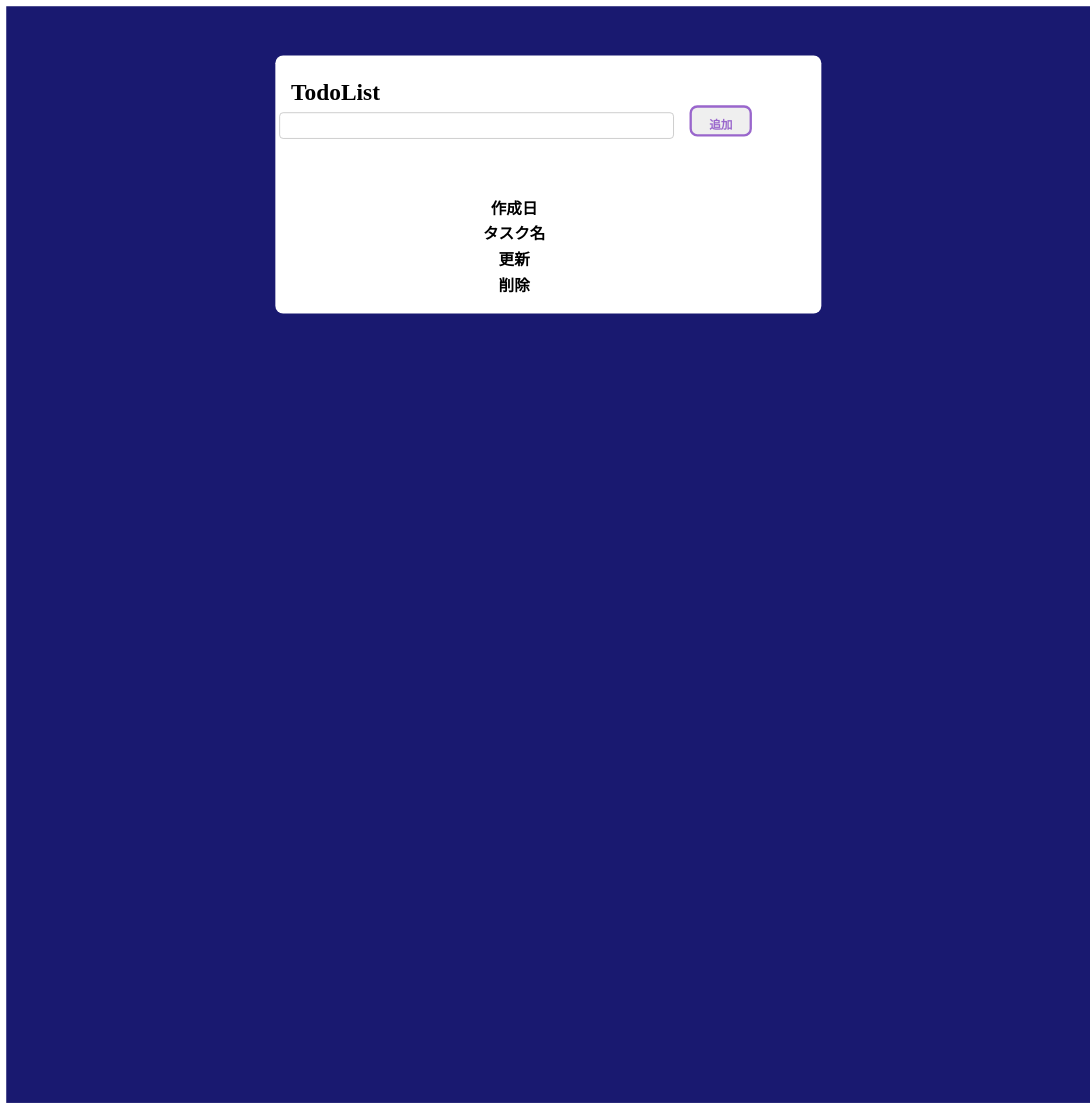
Repository: moro-ayu3/20230304_morohoshi
Page: http://localhost/
The author's editor kept a copy of each file at every save. The page is drawn from the files as they stood at one save, then again after the next save.
The browser window is 1280 px wide. The page is 1398 px wide, so the pictures cover 1398 px, including what lies to the right of the window. The pictures show the whole page, at 78% of full size.
The page is served by the project's Laravel application, run on PHP 8.4 with Laravel 8. Other server files are loaded and not shown. Queries for data that is not in the repository find no rows.

Above is the page before, as saved 2023-03-11 12:51:50.

### routes/web.php
<?php

use Illuminate\Support\Facades\Route;
use App\Http\Controllers\TodoController;

Route::get('/', [TodoController::class, 'index']);

Route::post('/todo/create', [TodoController::class, 'store']);

Route::post('/todo/update', [TodoController::class, 'update']);

Route::post('/todo/delete', [TodoController::class, 'delete']);

### app/Http/Controllers/TodoController.php
<?php
  namespace App\Http\Controllers;
  use Illuminate\Http\Request;
  use App\Models\Todo;
  use App\Http\Requests\TodoRequest;
  class TodoController extends Controller
  {
    public function index()
     {
        $todos= Todo::all();
        return view('index',['todos'=>$todos]);
  }

    public function store(TodoRequest $request)
     {
        $todo = new Todo;
        $todo->name =$request->input('new_todo');
        $form=$request->all();
        Todo::create($form);
        unset($form['_token']);
        return redirect('/');
    }

    public function update(TodoRequest $request)
     {
       $form = $request->all();
       unset($form['_token']);
       Todo::where('id', $request->id)->update($form);
       return redirect('/');
    }

    public function delete(Request $request)
     {
       Todo::find($request->id)->delete();
       return redirect('/');
    }

  }

### app/Models/Todo.php
<?php

namespace App\Models;

use Illuminate\Database\Eloquent\Factories\HasFactory;
use Illuminate\Database\Eloquent\Model;

class Todo extends Model
{
    use HasFactory;

    protected $fillable = ['content'];
}

### resources/views/index.blade.php
<!DOCTYPE html>
<html lang="ja">

<head>
  <meta charset="UTF-8">
  <meta name="viewport" content="width=device-width, initial-scale=1.0">
  <title>実践アプリ開発入門</title>
  <style>
    .homepage {
      width: 100%;
      height: 100vw;
      padding: 5% 5%;
      background-color: #191970;
    }

    .container {
      display: flex;
      justify-content: center;
      align-items: center;
    }

    .inner {
      width: 700px;
      height: auto;
      border-radius: 10px 10px 10px 10px;
      background-color: #fff;
      margin: 0 auto;
    }

    .header-title {
      font-size: 30px;
      font-weight: bold;
      color: black;
      margin-top: 30px;
      margin-left: 20px;
    }

    .form {
      display: inline-block;
      margin: -20px -15px;
    }

    .text {
      width: 500px;
      height: 30px;
      border: solid 1px #c0c0c0;
      margin-left: 20px;
      border-radius: 5px 5px 5px 5px;
      display: inline-block;
    }

    .create-btn {
      width: 80px;
      height: 40px;
      margin-left: 20px;
      margin-right: 20px;
      border-radius: 10px 10px 10px 10px;
      border: solid 3px #9966CC;
      display: inline-block;
      font-size: 15px;
      font-weight: bold;
      color: #9966CC;
      padding:10px 20px 10px 20px;
    }

    table {
      display: flex;
      justify-content: center;
      align-items: center;
      margin-top: 30px;
      margin-bottom: 40px;
    }

    .date-1 {
      margin-left: 50px;
      font-size: 20px;
      font-weight: bold;
      color: black;
    }

    .name {
      margin-left: 80px;
      font-size: 20px;
      font-weight: bold;
      color: black;
    }

    .update {
      margin-left: 40px;
      font-size: 20px;
      font-weight: bold;
      color: black;
    }

    .delete {
      margin-left: 20px;
      margin-right: 20px;
      font-size: 20px;
      font-weight: bold;
      color: black;
    }

    .parent {
      display: flex;
      justify-content: center;
      align-items: center;
    }

    .date-2 {
      margin-left: 20px;
      font-size: 20px;
      color: black;
    }

    .input-update {
      width: 200px;
      height: 20px;
      border: solid 1px #c0c0c0;
      border-radius: 5px 5px 5px 5px;
      margin-left: 10px;
    }

    .button-update {
      width: 80px;
      height: 40px;
      border-radius: 10px 10px 10px 10px;
      border: solid 3px #ffa500;
      margin-left: 10px;
      font-size: 15px;
      font-weight: bold;
      color: #ffa500;
      padding: 10px 20px;
    }

    .button-delete {
      width: 80px;
      height: 40px;
      border-radius: 10px 10px 10px 10px;
      border: solid 3px #40e0d0;
      margin-left: 10px;
      margin-right: 20px;
      font-size: 15px;
      font-weight: bold;
      color: #40e0d0;
      padding: 10px 20px;
    }

  </style>
</head>

<body>
  <div class="homepage">
     <div class="container">
      <div class="inner">
        <header>
          <h1 class="header-title">TodoList</h1>
        </header>
        <main>
          @if (count($errors) > 0)
           <ul>
           @foreach ($errors->all() as $error)
           <li>{{$error}}</li>
           @endforeach
           </ul>
          @endif
          <div class="form">
            <form action="/todo/create" method="post">
             @csrf
             <table>
              @csrf
              @if ($errors->has('content'))
              <tr>
                <th>ERROR</th>
                <td>{{$errors->first('content')}}</td>
              </tr>
              @endif
              <input type="text" class="text" name="content">
              @if ($errors->has('content'))
              <tr>
                <th>ERROR</th>
                <td>{{$errors->first('content')}}</td>
              </tr>
              @endif
              <button class="create-btn">追加</button>
            </form>
          </div>

          <table>
            @csrf
            @if ($errors->has('date-1'))
              <tr>
                <th>ERROR</th>
                <td>{{$errors->first('date-1')}}</td>
              </tr>
            @endif
            <tr>
              <th class="date-1">作成日</th>
              <td><input type="hidden" name="date-1"></td>
            </tr>
            @if ($errors->has('name'))
              <tr>
                <th>ERROR</th>
                <td>{{$errors->first('name')}}</td>
              </tr>
            @endif
            <tr>
              <th class="name">タスク名</th>
              <td><input type="hidden" name="name"></td>
            </tr>
            @if ($errors->has('updated_at'))
              <tr>
                <th>ERROR</th>
                <td>{{$errors->first('updated_at')}}</td>
              </tr>
            @endif
            <tr>
              <th class="update">更新</th>
              <td><input type="hidden" name="update"></td>
            </tr>
            @if ($errors->has('deleted_at'))
              <tr>
                <th>ERROR</th>
                <td>{{$errors->first('deleted_at')}}</td>
              </tr>
            @endif
            <tr>
              <th class="delete">削除</th>
              <td><input type="hidden" name="delete"></td>
            </tr>
            @foreach($todos as $todo)
            <tr>
              <td>
                {{ $todo->created_at}}
              </td>
              <div class="parent">
                <form action="/todo/update" method="post" >
                @csrf
                 <input type="hidden" value="{{$todo->id}}" name="id">
                  <td>
                    <input type="text" class="input-update" value="{{$todo->content}}" name="content" />
                  </td>
                  <td>
                    <button class="button-update">更新</button>
                  </td>
                </form>
                <td>
                  <form action="/todo/delete" method="post">
                   @csrf
                    <input type="hidden" value="{{$todo->id}}" name="id">
                      <button class="button-delete">削除</button>
                  </form>
                </td>
              </div>
            </tr>
            @endforeach
          </table>
        </main>
      </div>
     </div>
    </div>
</body>

</html>

Loaded but not shown: app/Http/Controllers/Controller.php (common file)

After the next save:
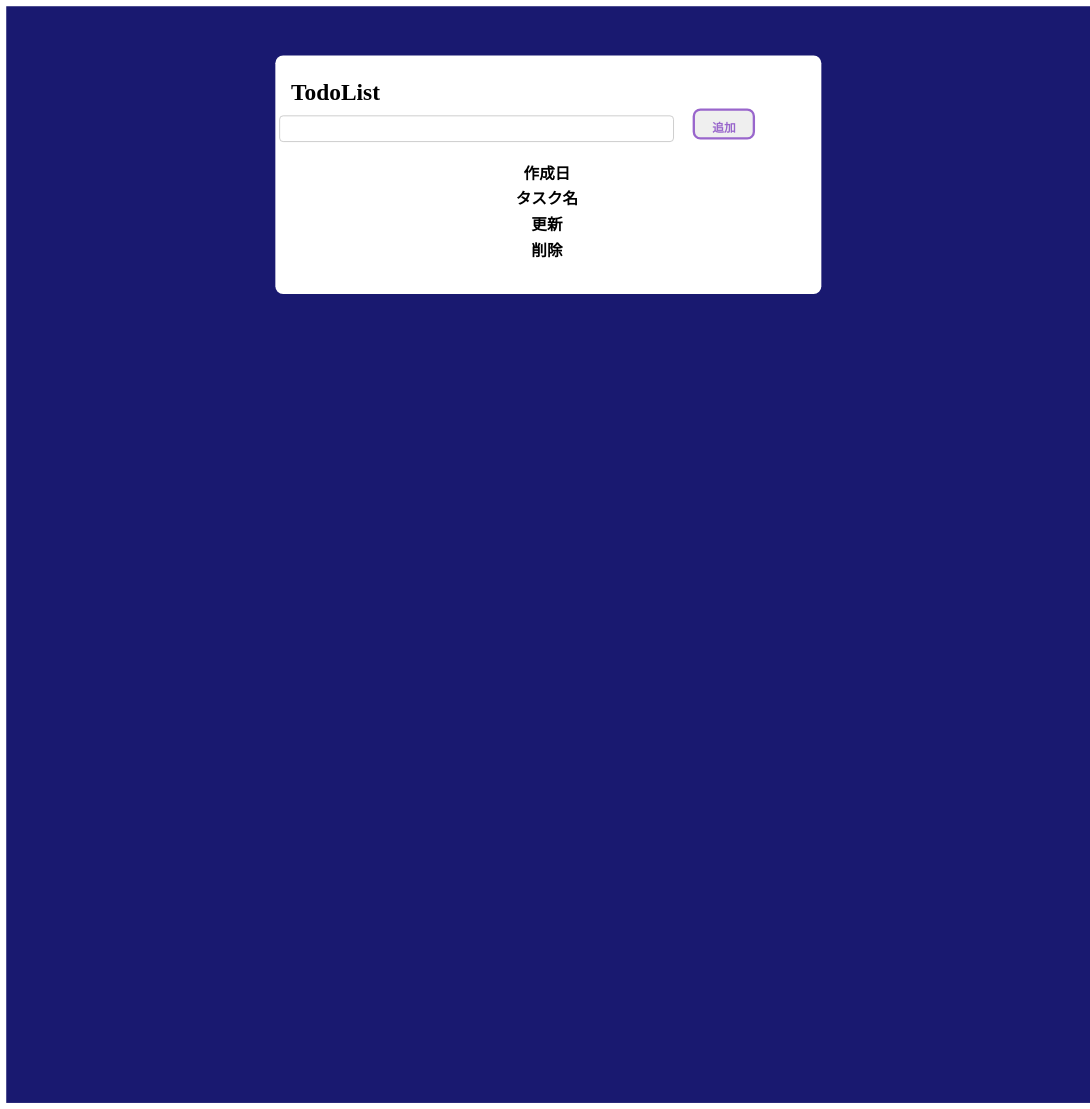
Saved 52 s later.
--- a/resources/views/index.blade.php
+++ b/resources/views/index.blade.php
@@ -166,7 +166,6 @@
           <div class="form">
             <form action="/todo/create" method="post">
              @csrf
-             <table>
               @csrf
               @if ($errors->has('content'))
               <tr>
